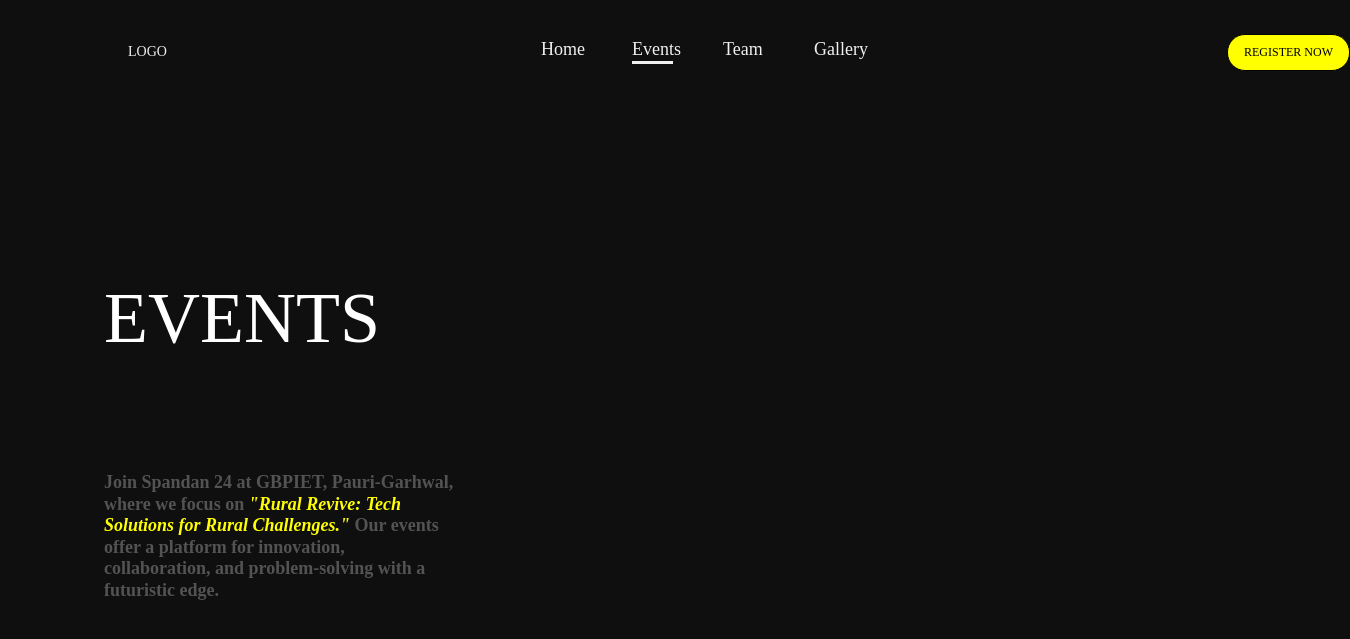
Repository: s4bbi/spandan-3.0
Page: /
An editor plug-in stored every save of this project. The page is shown before and after the next save, followed by the edit.
The browser window is 1280 px wide. The page is 1350 px wide, so the pictures cover 1350 px, including what lies to the right of the window. The pictures show the whole page.
The project was rebuilt for these pictures with package versions that can differ from the ones it lists, and the page was loaded fresh each time. Also part of the build but not shown: vite.config.js, src/pages/Events/Events.jsx.

Above is the page before, as saved 2024-11-02 02:51:53.

After the next save:
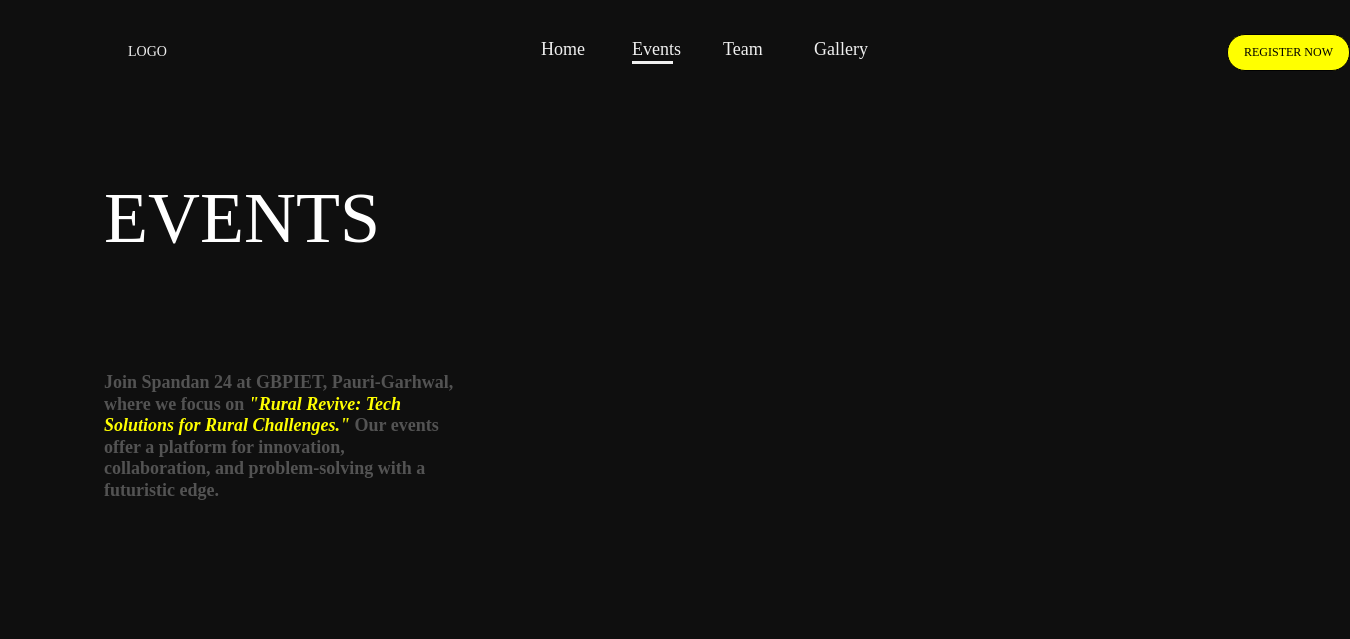
Saved 6 s later.
--- a/src/components/HeroSection/HeroSection.css
+++ b/src/components/HeroSection/HeroSection.css
@@ -17,7 +17,7 @@
   .hero-title {
     width: 339px;
     height: 87px;
-    margin-top: 100px;
+    /* margin-top: 100px; */
     font-family: Mooner;
     font-size: 72px;
     font-weight: 400;
